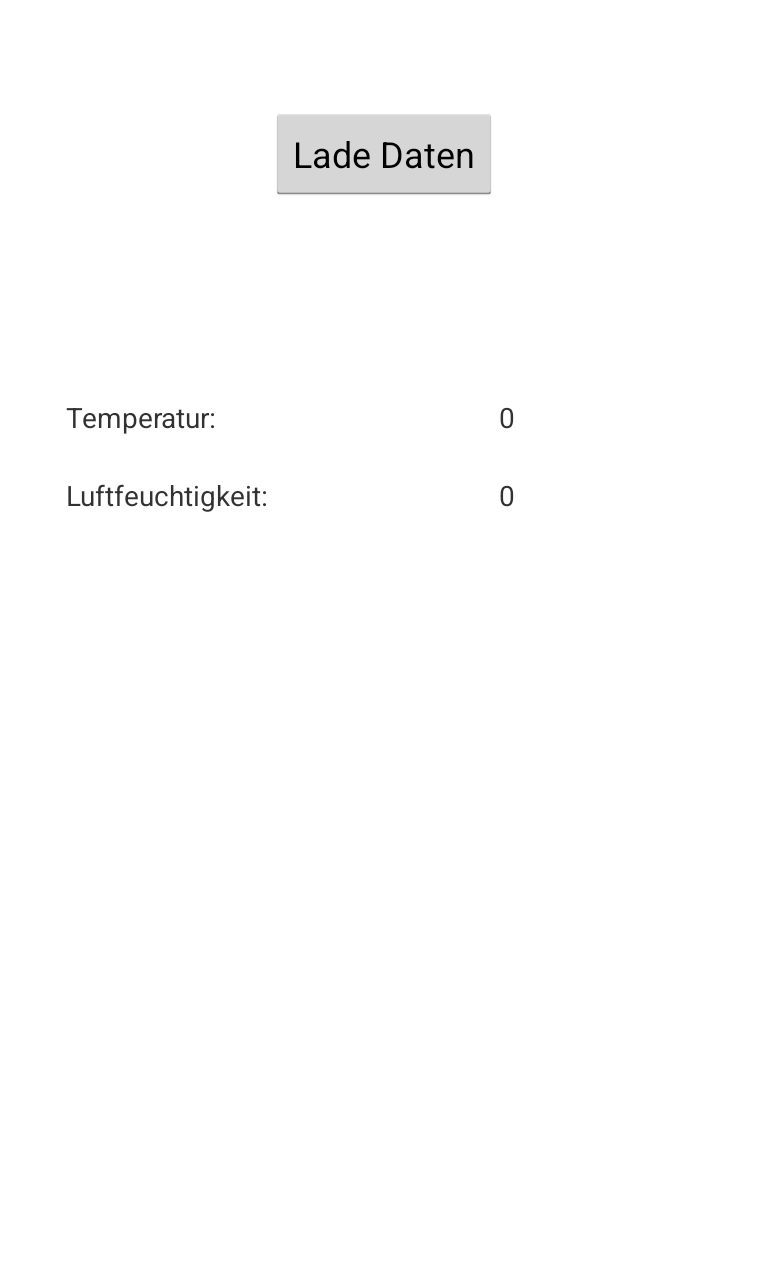
Repository: Fabbinde/Greenhouse
Layout: GreenHouseAppNew2015/res/layout/activity_main.xml
These files come from the project's save history. The layout is drawn as it stood at one moment and after the next save; the edit follows.
It is drawn on a 768 x 1280 px phone screen (xhdpi) without system bars, with theme AppTheme; the app's code is not run.

Above is the layout before, as saved 2015-01-09 19:51:38.

After the next save:
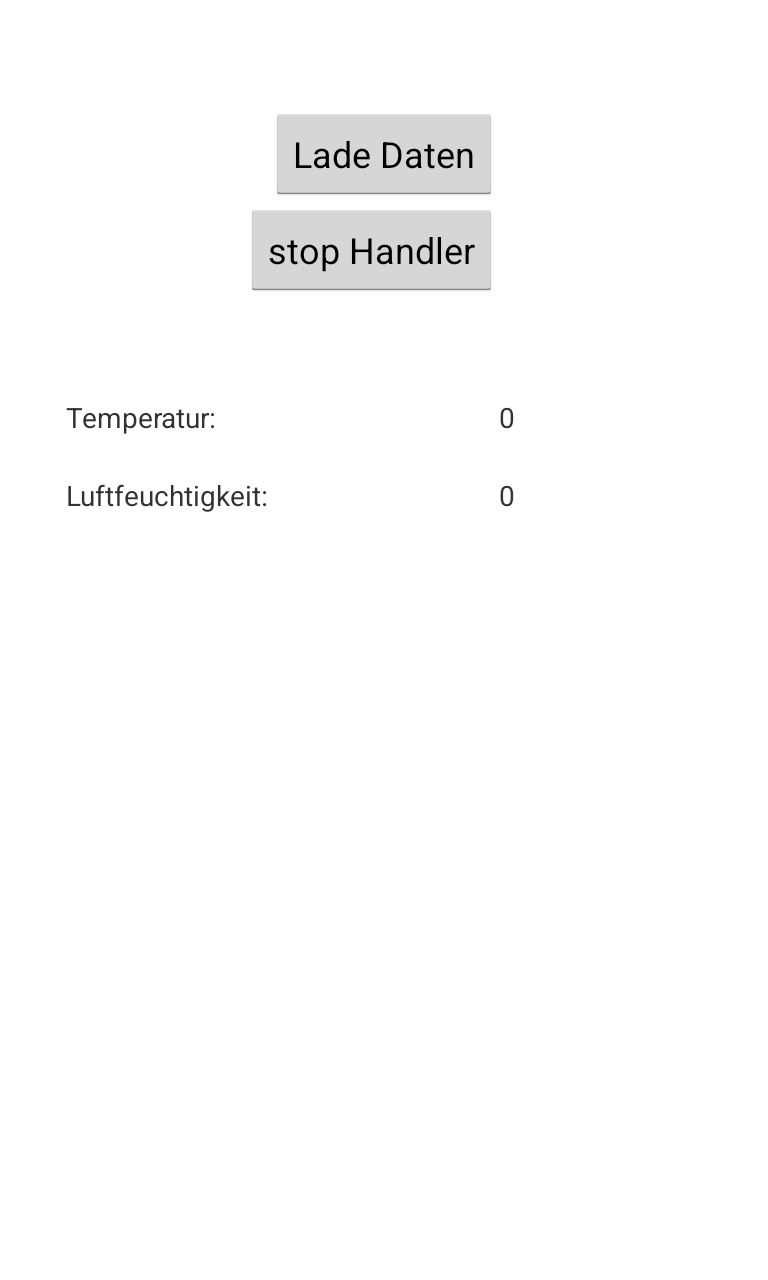
Saved 68 s later.
--- a/GreenHouseAppNew2015/res/layout/activity_main.xml
+++ b/GreenHouseAppNew2015/res/layout/activity_main.xml
@@ -52,4 +52,12 @@
         android:layout_alignRight="@+id/textViewTemp"
         android:text="0" />
 
+    <Button
+        android:id="@+id/buttonStopHandler"
+        android:layout_width="wrap_content"
+        android:layout_height="wrap_content"
+        android:layout_alignRight="@+id/buttonLoadData"
+        android:layout_below="@+id/buttonLoadData"
+        android:text="stop Handler" />
+
 </RelativeLayout>
